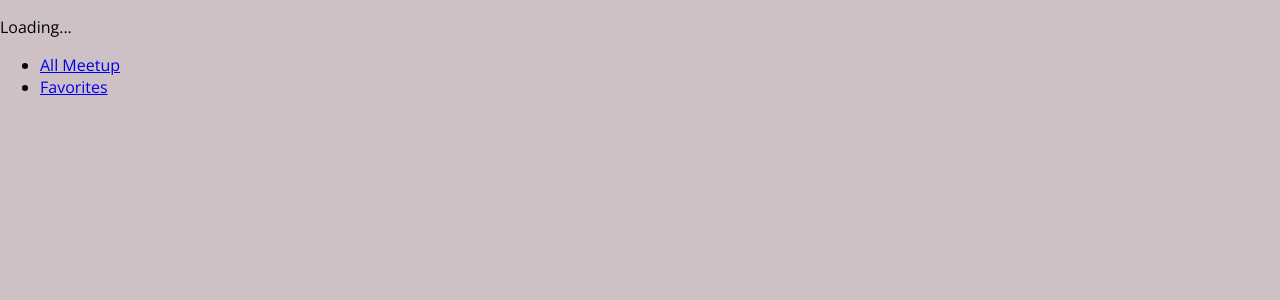
Repository: WaiMaungMaung/second
Page: /
An editor plug-in stored every save of this project. The page is shown before and after the next save, followed by the edit.
The browser window is 1280 px wide. The pictures show the whole page.
The page's requests for data from a server got no answer. The project was rebuilt for these pictures with package versions that can differ from the ones it lists, and the page was loaded fresh each time. A package was used in the major version that the imports need, not the one package.json lists. No one was signed in, and anything a server would have sent is missing. Also part of the build but not shown: src/pages/NewMeetup.js. Imported but missing from the stored project, and not drawn on this page: src/components/meetups/MeetupList, src/pages/Favorites.

Above is the page before, as saved 2022-04-19 13:04:05.

### src/index.css
@import url("https://fonts.googleapis.com/css2?family=Open+Sans:wght@400;700&display=swap");

* {
  box-sizing: border-box;
}

body {
  font-family: "Open Sans", sans-serif;
  margin: 0;
  background-color: #cec1c6;
}

h1 {
  font-size: 2.5rem;
  color: #2c292b;
}

h2 {
  font-size: 1.5rem;
  color: #2c292b;
}

### src/App.js
import { Route, Switch } from "react-router-dom";

import AllMeetupsPage from "./pages/AllMeetups";
import NewMeetupPage from "./pages/NewMeetup";
import FavoritesPage from "./pages/Favorites";
import MainNavigation from "./components/layout/MainNavigation";

function App() {
  return (
    <div>
      <Switch>
        <Route path="/" exact>
          <AllMeetupsPage />
        </Route>
        <Route path="/new-meetup">
          <NewMeetupPage />
        </Route>
        <Route path="/favorites">
          <FavoritesPage />
        </Route>
      </Switch>
      <MainNavigation />
    </div>
  );
}

export default App;

### src/pages/AllMeetups.js
import MeetupList from "../components/meetups/MeetupList";
import { useState, useEffect } from "react";

function AllMeetupsPage() {
  const [isLoading, setIsLoading] = useState(true);
  const [loadedMeetup, setLoadedMeetups] = useState([]);
  useEffect(() => {
    setIsLoading(true);
    fetch(
      "https://react-base-7a7c4-default-rtdb.asia-southeast1.firebasedatabase.app/meetups.json"
    )
      .then((response) => {
        return response.json();
      })
      .then((data) => {
        const meetups = [];
        for (const key in data) {
          const meetup = {
            id: key,
            ...data[key],
          };
          meetups.push(meetup);
        }

        setIsLoading(false);
        setLoadedMeetups(meetups);
      });
  }, []);

  if (isLoading) {
    return (
      <section>
        <p>Loading...</p>
      </section>
    );
  }
  return (
    <div>
      <h1>All Meet Up Page</h1>
      <MeetupList meetups={loadedMeetup} />
    </div>
  );
}
export default AllMeetupsPage;

### src/components/layout/MainNavigation.js
import { Link } from "react-router-dom";

function MainNavigation() {
  return (
    <header>
      <div>
        <nav>
          <ul>
            <li>
              <Link to="/">All Meetup</Link>
            </li>
            <li>
              <Link to="/favorites">Favorites</Link>
            </li>
          </ul>
        </nav>
      </div>
    </header>
  );
}
export default MainNavigation;

Loaded but not shown: public/index.html (common file); src/index.js (common file)

After the next save:
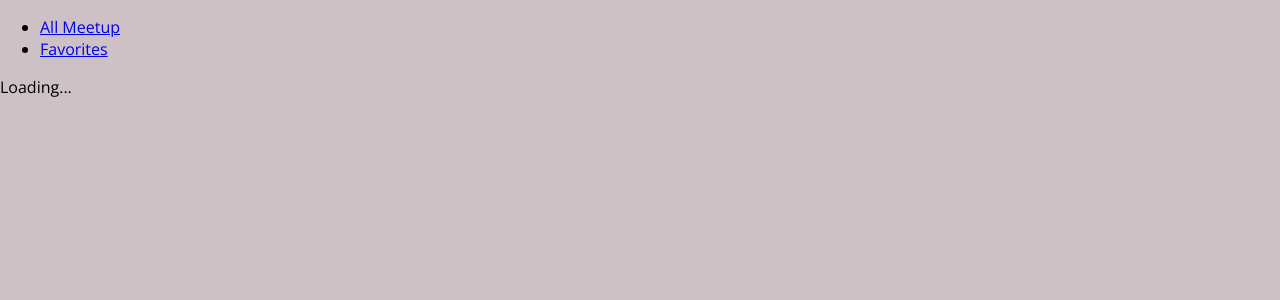
Saved 40 s later.
--- a/src/App.js
+++ b/src/App.js
@@ -8,6 +8,8 @@ import MainNavigation from "./components/layout/MainNavigation";
 function App() {
   return (
     <div>
+      <MainNavigation />
+
       <Switch>
         <Route path="/" exact>
           <AllMeetupsPage />
@@ -19,7 +21,6 @@ function App() {
           <FavoritesPage />
         </Route>
       </Switch>
-      <MainNavigation />
     </div>
   );
 }
